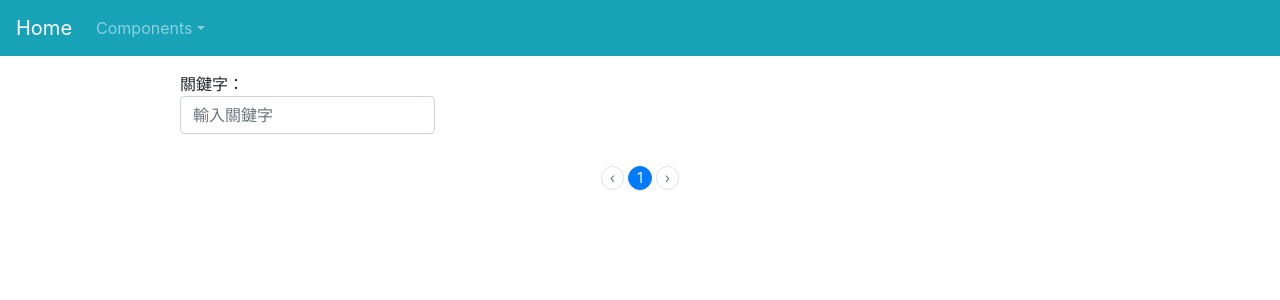
Repository: iian0910/bootstrapVue-demo
Page: /#/tablePagination
The author's editor kept a copy of each file at every save. The page is drawn from the files as they stood at one save, then again after the next save.
The browser window is 1280 px wide. The pictures show the whole page.
The page's requests for data from a server got no answer. The project was rebuilt for these pictures with package versions that can differ from the ones it lists, and the page was loaded fresh each time. No one was signed in, and anything a server would have sent is missing.

Above is the page before, as saved 2021-04-26 15:36:30.

### src/main.ts
import axios from 'axios'
import { BootstrapVue, IconsPlugin } from 'bootstrap-vue'
import 'bootstrap-vue/dist/bootstrap-vue.css'
// Import Bootstrap an BootstrapVue CSS files (order is important)
import 'bootstrap/dist/css/bootstrap.css'
import Vue from 'vue'
import VueAxios from 'vue-axios'
import App from './App.vue'
import router from './router'

// Make BootstrapVue available throughout your project
Vue.use(BootstrapVue)
// Optionally install the BootstrapVue icon components plugin
Vue.use(IconsPlugin)
Vue.use(VueAxios, axios)

Vue.config.productionTip = false

new Vue({
  router,
  render: h => h(App)
}).$mount('#app')

### src/App.vue
<template>
  <div id="app">
  <Main/>
  </div>
</template>

<script lang="ts">
import { Component, Vue } from 'vue-property-decorator'
import Main from './pages/Main.vue'

@Component({
  components: {
    Main
  }
})
export default class App extends Vue {}
</script>

<style lang="scss">

</style>

### src/router/index.ts
import Vue from 'vue'
import VueRouter from 'vue-router'

Vue.use(VueRouter)

const routes = [
  {
    path: '/',
    name: 'Home',
    component: () => import('../pages/Index.vue')
  },
  {
    path: '/tablePagination',
    name: 'TablePagination',
    component: () => import('../components/TablePagination.vue')
  }
]

const router = new VueRouter({
  routes
})

export default router

### src/pages/Main.vue
<template>
  <div>
    <Navbar/>
    <router-view></router-view>
  </div>
</template>
<script lang="ts">
import { Component, Vue } from 'vue-property-decorator'
import Navbar from '../components/Navbar.vue'

@Component({
  components: {
    Navbar
  }
})
export default class Main extends Vue {

}
</script>
<style lang="scss">

</style>

### src/components/TablePagination.vue
<template>
  <div>
    <div class="container">
      <div class="row">
        <div class="col-3 offset-1 my-3">
          關鍵字：<b-form-input
            v-model="filterText"
            type="text"
            placeholder="輸入關鍵字"
          ></b-form-input>
        </div>
      </div>
      <div class="row">
        <div class="col-10 offset-1">
          <!-- Table: 基本款 -->
          <!-- <b-table striped hover :items="sliceDate"></b-table> -->

          <!-- Table: 客製化 -->
          <b-table
            striped hover
            :items="sliceDate"
          >
            <template #cell(seq)="data">{{data.item.seq}}</template>
            <template #cell(materialYear)="data">{{data.item.materialYear}}</template>
            <template #cell(statisticsProject)="data">{{data.item.statisticsProject}}</template>
            <template #cell(taxCategory)="data">{{data.item.taxCategory}}</template>
            <template #cell(value)="data">
              <div class="text-left">{{data.item.value | currencyChange}}</div>
            </template>
            <template #cell(dataUnit)="data">{{data.item.dataUnit}}</template>
          </b-table>
          <!-- Pagination -->
          <div class="d-flex justify-content-center">
            <b-pagination
              v-model="currentPage"
              :total-rows="data.length"
              :per-page="perPage"
              pills
              first-number
              last-number
              size="sm"
              @click.native="sliceData(currentPage)"
            ></b-pagination>
          </div>
        </div>
      </div>
    </div>
  </div>
</template>

<script lang="ts">
import { Component, Vue } from 'vue-property-decorator'

// interFace
interface Data {
  seq: string;
  materialYear: string;
  statisticsProject: string;
  taxCategory: string;
  value: string;
  dataUnit: string;
}

// Component 宣告在最前面
@Component({
  filters: {
    currencyChange (val: string) {
      val = parseFloat(val.replace(/\s/g, '').replace(/,/g, ''))
        .toString()
        .replace(/\B(?=(\d{3})+(?!\d))/g, ',')
      if (val === 'NaN') {
        val = ''
      }
      return '$' + val
    }
  }
})

export default class TablePagination extends Vue {
  // Data
  private apiURL = 'https://api.kcg.gov.tw/api/service/get/2c1d9959-d038-4918-bae3-409680f8193a'
  public data = []
  public sliceDate = []
  public parentSendData = 'parentSendData'
  public childSendData = ''
  public currentPage = 1 // 預設目前頁面
  public perPage = 10 // 每頁顯示項目數
  public filterText = ''

  firstName = 'John'
  lastName = 'Doe'

  // methods
  private changeDataDTO (data:any) {
    this.data = data.map((res: any) => {
      const rowData = {} as Data
      rowData.seq = res.seq
      rowData.materialYear = res.資料年度
      rowData.statisticsProject = res.統計項目
      rowData.taxCategory = res.稅目別
      rowData.value = res.值
      rowData.dataUnit = res.資料單位
      return rowData
    })
  }

  private sliceData (currentPage: number) {
    this.sliceDate = this.data.slice(this.perPage * currentPage - this.perPage, this.perPage * currentPage)
  }

  // Computed

  // get filterInput () {}
  // set filterInput (value) {}

  // 生命週期
  public mounted () {
    this.$http.get(this.apiURL).then((res) => {
      this.data = res.data.data
      this.changeDataDTO(this.data)
      this.sliceData(this.currentPage)
    })
  }
}
</script>

<!-- Add "scoped" attribute to limit CSS to this component only -->
<style scoped lang="scss">

</style>

### src/components/Navbar.vue
<template>
  <div>
    <b-navbar toggleable="lg" type="dark" variant="info">
      <b-navbar-brand to="/">Home</b-navbar-brand>

      <b-navbar-toggle target="nav-collapse"></b-navbar-toggle>

      <b-collapse id="nav-collapse" is-nav>
        <b-navbar-nav>
          <b-nav-item-dropdown text="Components" right>
            <b-dropdown-item to="/tablePagination">TablePagination</b-dropdown-item>
          </b-nav-item-dropdown>
        </b-navbar-nav>
      </b-collapse>
    </b-navbar>
  </div>
</template>

<script lang="ts">
import { Component, Vue } from 'vue-property-decorator'

// Component 宣告在最前面
@Component({
  components: {

  }
})

export default class Navbar extends Vue {

}
</script>

Loaded but not shown: public/index.html (common file)

After the next save:
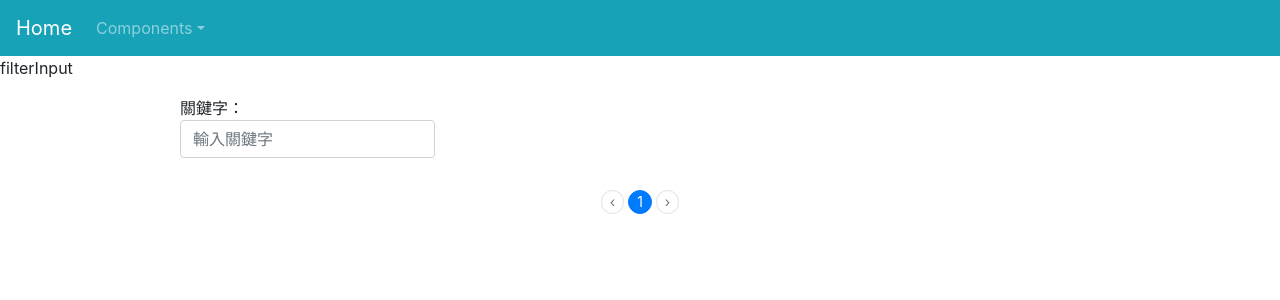
Saved 103 s later.
--- a/src/components/TablePagination.vue
+++ b/src/components/TablePagination.vue
@@ -1,5 +1,6 @@
 <template>
   <div>
+    {{filterInput}}
     <div class="container">
       <div class="row">
         <div class="col-3 offset-1 my-3">
@@ -110,7 +111,9 @@
 
   // Computed
 
-  // get filterInput () {}
+  get filterInput () {
+    return 'filterInput'
+  }
   // set filterInput (value) {}
 
   // 生命週期
